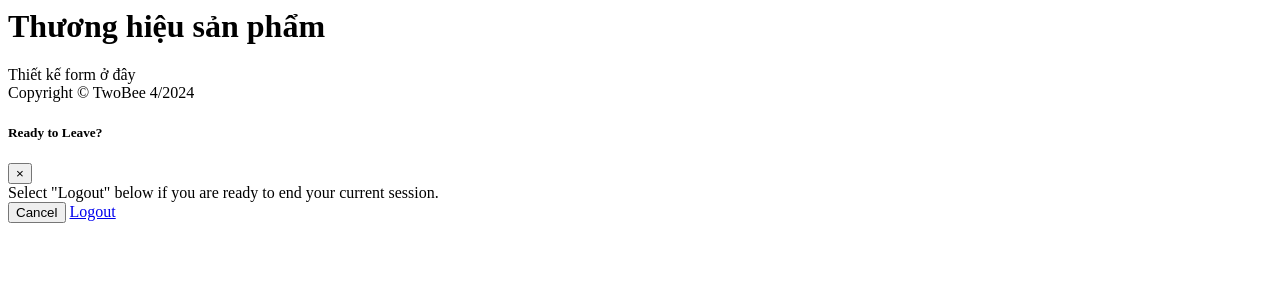
Repository: tuandh111/Java-6-asm
Page: Front-end/Java6_asm_/templates/admin/products.html
An editor plug-in stored every save of this project. The page is shown before and after the next save, followed by the edit.
The browser window is 1280 px wide. The pictures show the whole page.

Above is the page before, as saved 2024-03-30 20:42:48.

After the next save:
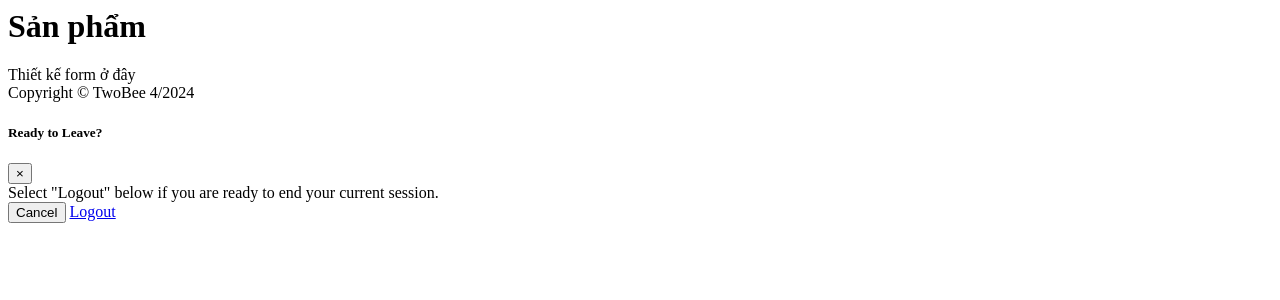
Saved 27 s later.
--- a/Front-end/Java6_asm_/templates/admin/products.html
+++ b/Front-end/Java6_asm_/templates/admin/products.html
@@ -24,7 +24,7 @@
 
                 <!-- Page Heading -->
                 <div class="d-sm-flex align-items-center justify-content-between mb-4">
-                    <h1 class="h3 mb-0 text-gray-800">Thương hiệu sản phẩm</h1>
+                    <h1 class="h3 mb-0 text-gray-800">Sản phẩm</h1>
                 </div>
 
                 <div class="row">
